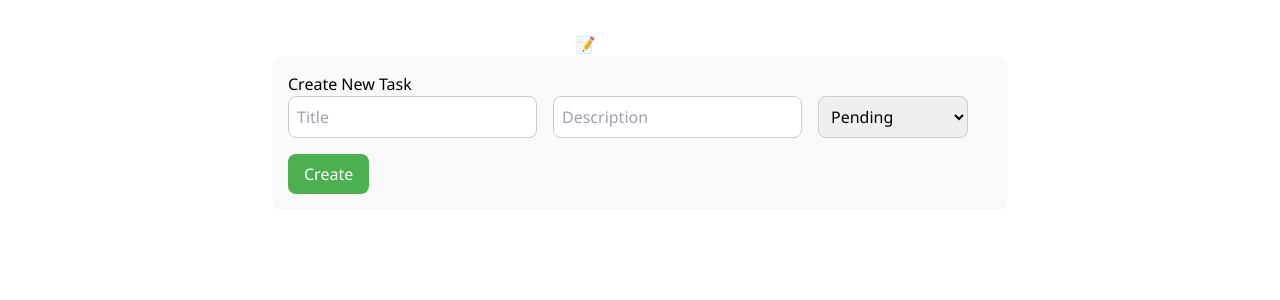
Repository: NongPond/Task_Management_App
Page: /tasks (app in Task Management App/)
An editor plug-in stored every save of this project. The page is shown before and after the next save, followed by the edit.
The browser window is 1280 px wide. The pictures show the whole page.
The project was rebuilt for these pictures with package versions that can differ from the ones it lists, and the page was loaded fresh each time. Also part of the build but not shown: Task Management App/vite.config.ts, Task Management App/src/auth/Login.tsx, Task Management App/src/auth/Register.tsx.

Above is the page before, as saved 2025-04-21 18:51:04.

After the next save:
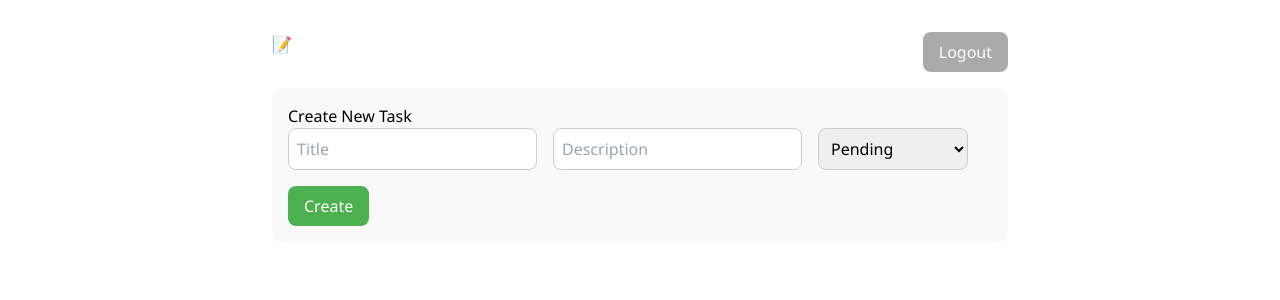
Saved 104 s later.
--- a/Task Management App/src/tasks/Tasks.tsx
+++ b/Task Management App/src/tasks/Tasks.tsx
@@ -1,4 +1,5 @@
 import { useEffect, useState } from 'react';
+import { useNavigate } from 'react-router-dom';
 
 type Task = {
   id: string;
@@ -18,6 +19,7 @@ export default function Tasks() {
   const [editingId, setEditingId] = useState<string | null>(null);
   const [editedTask, setEditedTask] = useState<Partial<Task>>({});
   const [email, setEmail] = useState('');
+  const navigate = useNavigate();
 
   useEffect(() => {
     const storedEmail = localStorage.getItem('email');
@@ -53,9 +55,17 @@ export default function Tasks() {
     setTasks(tasks.filter(task => task.id !== id));
   };
 
+  const handleLogout = () => {
+    localStorage.removeItem('email');
+    navigate('/login');
+  };
+
   return (
     <div style={{ padding: '2rem', maxWidth: '800px', margin: '0 auto', fontFamily: 'Segoe UI' }}>
-      <h1 style={{ textAlign: 'center', color: 'white' }}>📝 Task Manager</h1>
+      <div style={{ display: 'flex', justifyContent: 'space-between', marginBottom: '1rem' }}>
+        <h1 style={{ color: 'white' }}>📝 Task Manager</h1>
+        <button style={buttonSecondary} onClick={handleLogout}>Logout</button>
+      </div>
 
       <div style={{ background: '#f9f9f9', padding: '1rem', borderRadius: '10px', marginBottom: '2rem' }}>
         <h2>Create New Task</h2>
